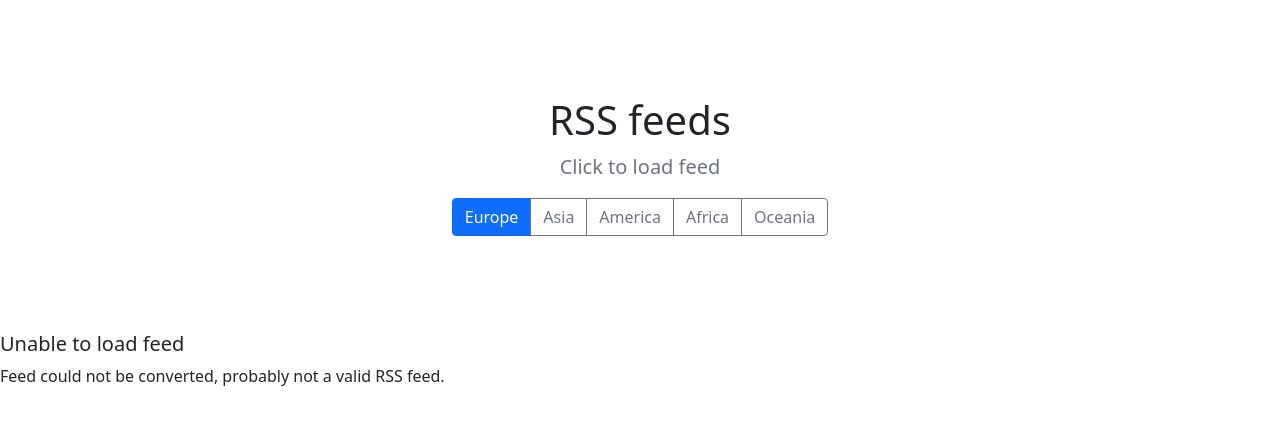
Repository: lilit1121/Templating-DOM-manipulation-and-data-processing
Page: europe.html
The author's editor kept a copy of each file at every save. The page is drawn from the files as they stood at one save, then again after the next save.
The browser window is 1280 px wide. The pictures show the whole page.
The page's requests for data from a server got no answer.

Above is the page before, as saved 2023-02-09 16:08:28.

After the next save:
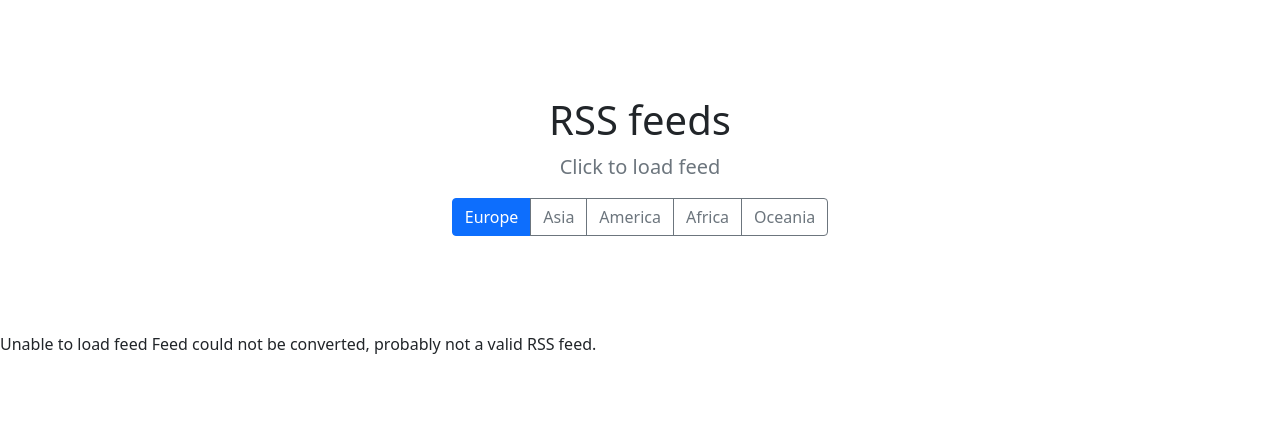
Saved 14 s later.
--- a/europe.html
+++ b/europe.html
@@ -77,6 +77,7 @@
 
     <!-- Error state UI -->
     <div id="error">
+      <d
       <h5>Unable to load feed</h5>
       <!-- Show error message, if applicable -->
       Feed could not be converted, probably not a valid RSS feed.<br />

After the 3 saves that followed:
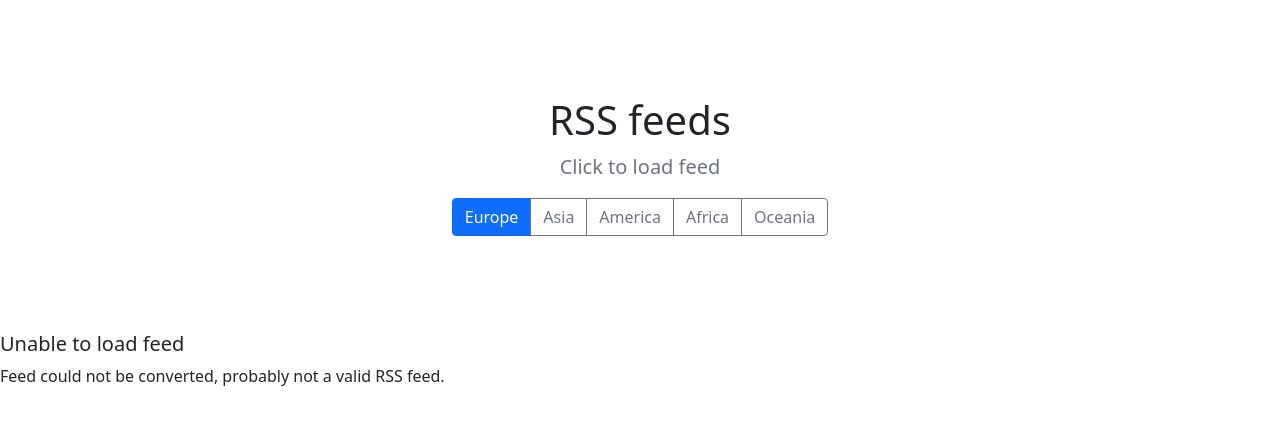
The 3 saves are shown as one change because they came seconds apart.
The last was saved 11 s later.
--- a/europe.html
+++ b/europe.html
@@ -77,11 +77,12 @@
 
     <!-- Error state UI -->
     <div id="error">
-      <d
+      <div>
       <h5>Unable to load feed</h5>
       <!-- Show error message, if applicable -->
       Feed could not be converted, probably not a valid RSS feed.<br />
     </div>
+  </div>
     <!-- Pagination -->
     <div  id="main_container" class="container">
     <section class="py-5 text-center container">
